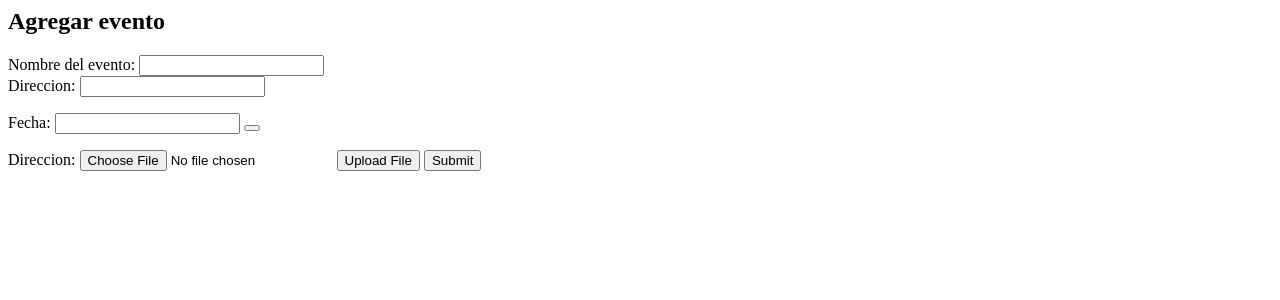
Repository: matucasal/agenda-2018
Page: public/partials/add_event.html
The author's editor kept a record of every edit. The page is drawn from the files as they stood at one moment, then again after the next edit.
The browser window is 1280 px wide. The pictures show the whole page.

Above is the page before.

After the next edit:
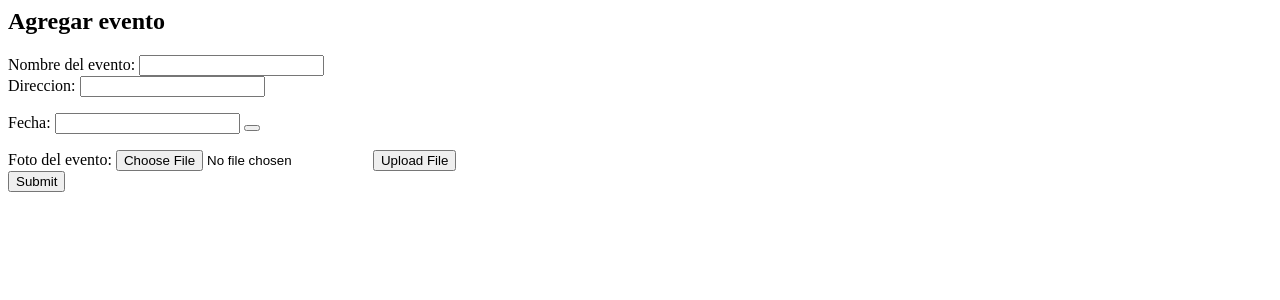
The edit:
--- a/public/partials/add_event.html
+++ b/public/partials/add_event.html
@@ -31,12 +31,11 @@
               </span>
             </p>
         </div>
-                <div class="form-group">
-            <label for="direccion">Direccion:</label>
-
-         <input type = "file" file-model = "myFile"/>
-   <button ng-click = "uploadFile()">Upload File</button>
-
+        <div class="form-group">
+            <label for="foto">Foto del evento:</label>
+            <input type = "file" file-model = "myFile"/>
+            <button ng-click = "uploadFile()">Upload File</button>
+        </div>
 
 
         <button type="submit" class="btn btn-default">Submit</button>
